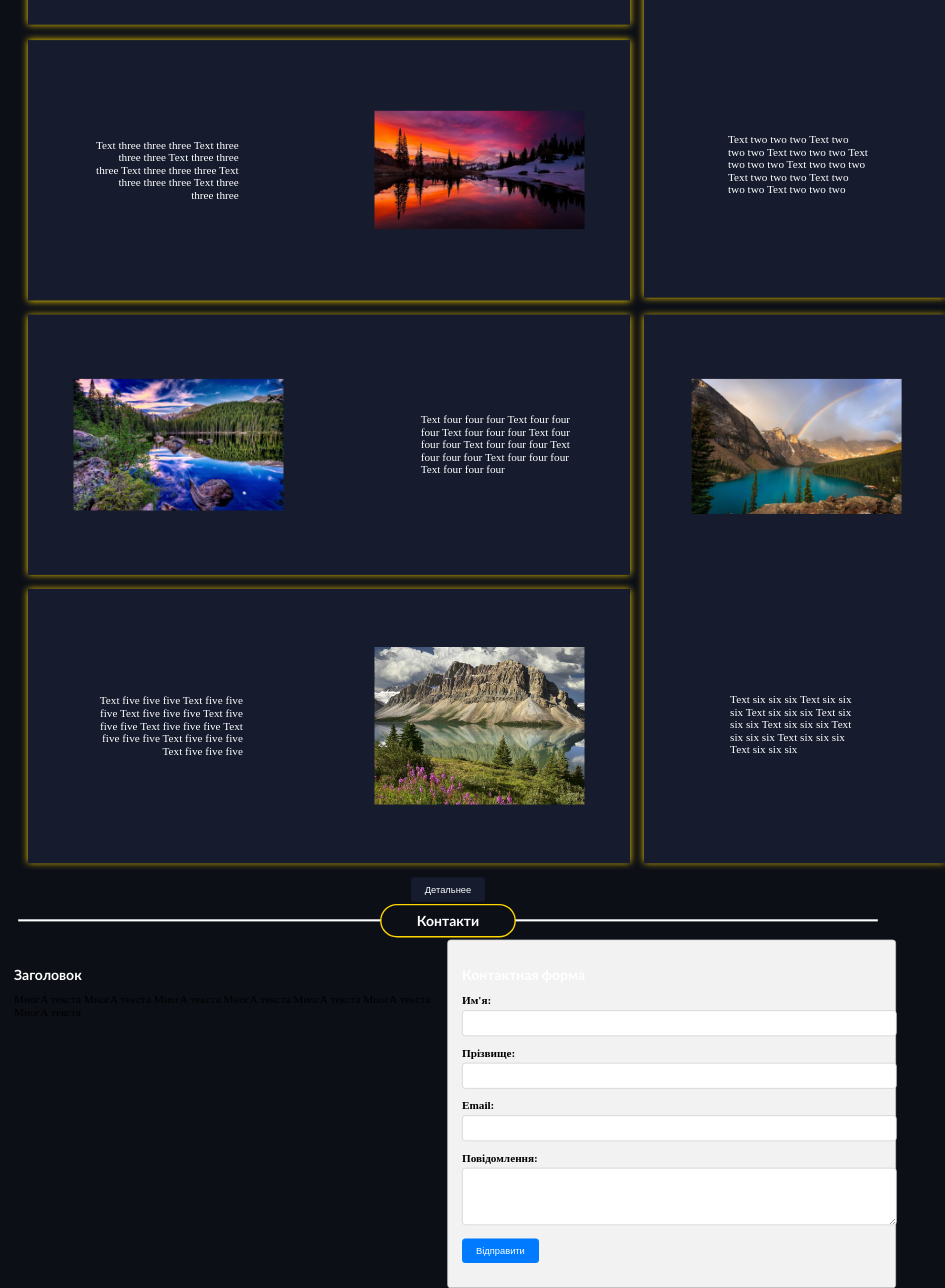
Repository: qtqqrdy13/cv-2
Page: index.html
An editor plug-in stored every save of this project. The page is shown before and after the next save, followed by the edit.
The browser window is 1280 px wide. The page is 1350 px wide, so the pictures cover 1350 px, including what lies to the right of the window. The pictures show the part of the page from y = 3316 to 5156 px (the page is 5156 px tall), at 70% of full size.

Above is the page before, as saved 2023-10-12 15:31:58.

After the next save:
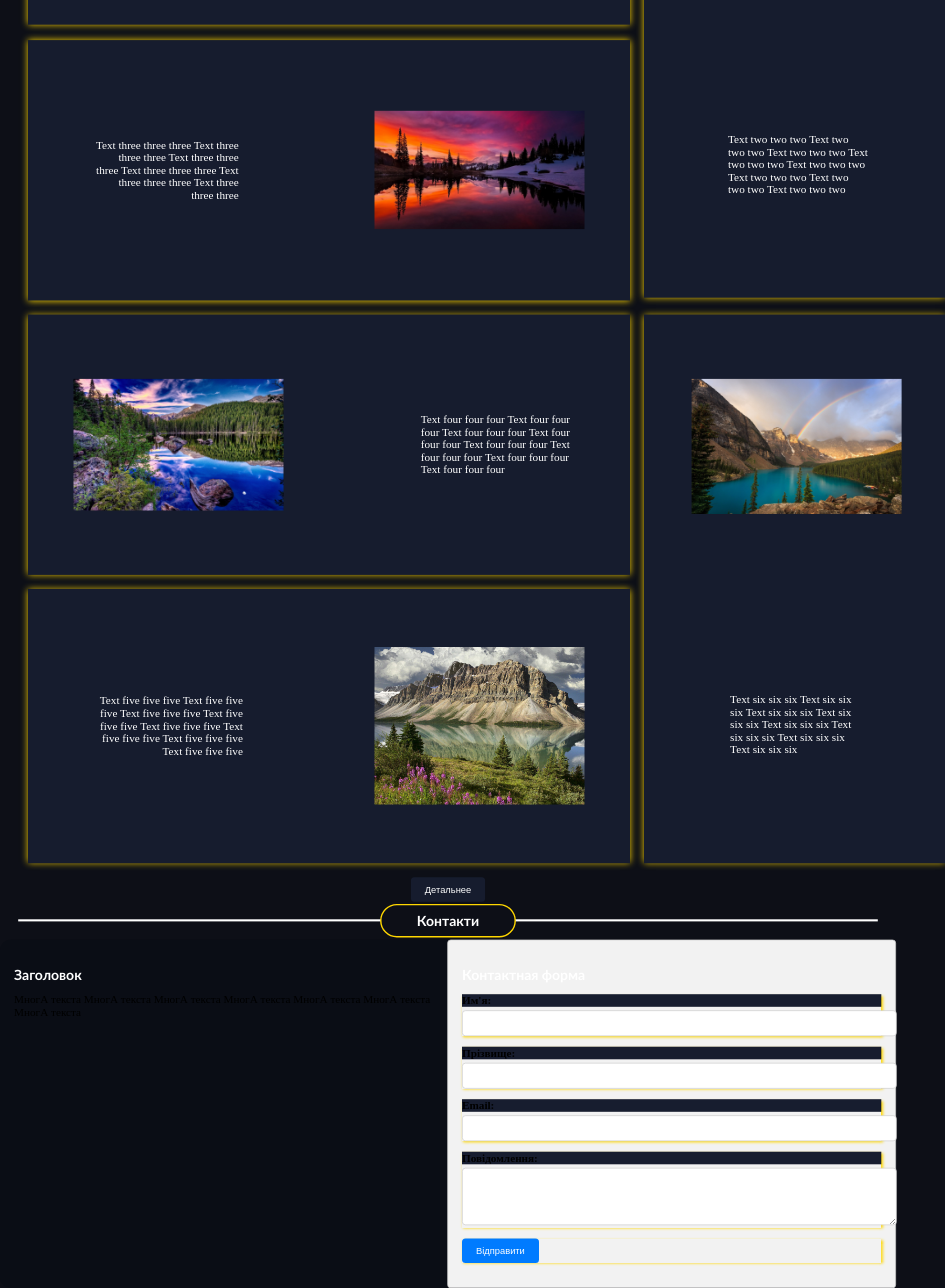
Saved 2 min 54 s later.
--- a/main.css
+++ b/main.css
@@ -674,6 +674,8 @@ h2:hover {
 .container_contact {
     display: flex;
     justify-content: space-between;
+    border-radius:15px;
+    background-color:#0a0d15;
 }
 
 .text {
@@ -691,12 +693,14 @@ h2:hover {
 
 .form-group {
     margin-bottom: 15px;
+    box-shadow:2px 2px 4px gold;
 }
 
 .form-group label {
     display: block;
     margin-bottom: 5px;
     font-weight: bold;
+    background-color:#171d2f;
 }
 
 .form-group input[type="text"],
